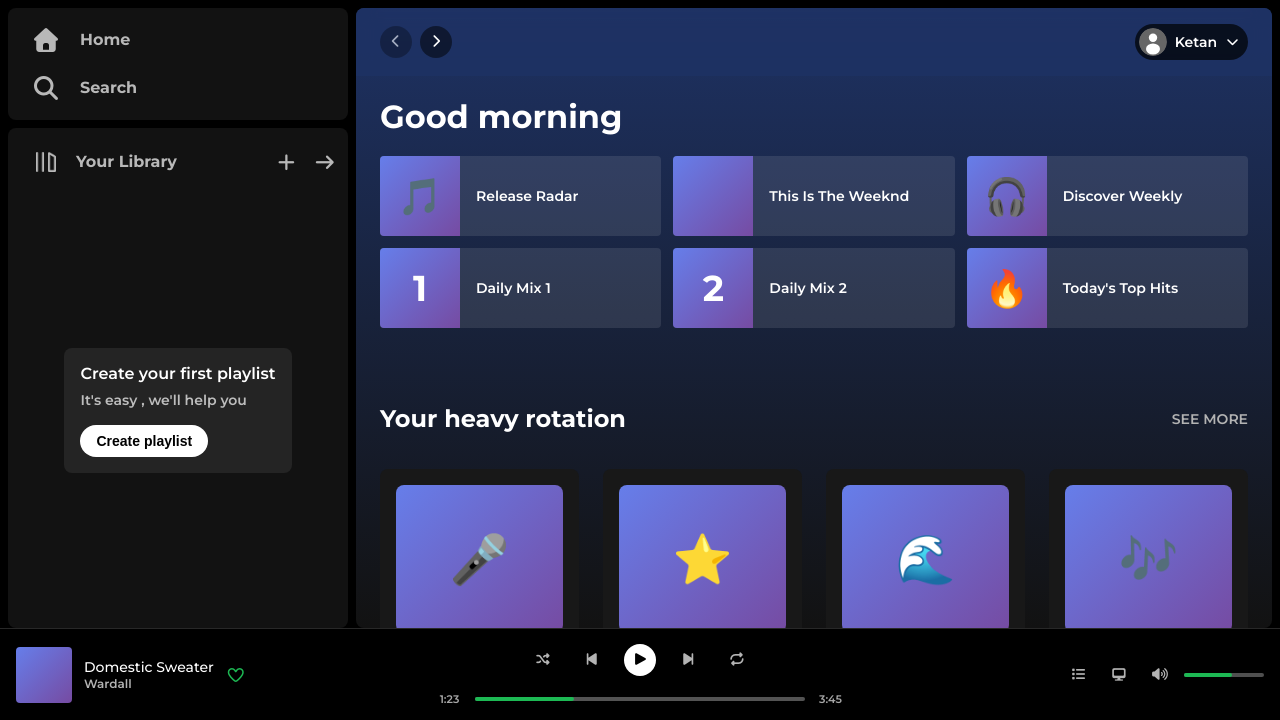
Repository: ketanBisht/spotifyFrontEnd
Page: final.html
These files come from the project's save history. The page is drawn as it stood at one moment and after a run of saves; the edit follows.
The browser window is 1280 px wide. The pictures show the whole page.
An inner scrolling area shows only its first screen. Some web libraries are served in a nearby version.

Above is the page before, as saved 2025-08-31 16:05:43.

### final.html
<!DOCTYPE html>
<html lang="en">
<head>
    <meta charset="UTF-8">
    <meta name="viewport" content="width=device-width, initial-scale=1.0">
    <link rel="stylesheet" href="https://cdnjs.cloudflare.com/ajax/libs/font-awesome/7.0.0/css/all.min.css" integrity="sha512-DxV+EoADOkOygM4IR9yXP8Sb2qwgidEmeqAEmDKIOfPRQZOWbXCzLC6vjbZyy0vPisbH2SyW27+ddLVCN+OMzQ==" crossorigin="anonymous" referrerpolicy="no-referrer" />
    <title>Spotify Clone - Fixed</title>
    <link rel="preconnect" href="https://fonts.googleapis.com">
    <link rel="preconnect" href="https://fonts.gstatic.com" crossorigin>
    <link href="https://fonts.googleapis.com/css2?family=Montserrat:ital,wght@0,100..900;1,100..900&display=swap" rel="stylesheet">
    <link rel="stylesheet" href="final.css">
</head>
<body>
    <div class="main">
        <div class="sideBar">
            <div class="nav">
                <div class="navOption">
                    <i class="fa-solid fa-house"></i>
                    <a href="">Home</a>
                </div>
                <div class="navOption">
                    <i class="fa-solid fa-magnifying-glass"></i>
                    <a href="">Search</a>
                </div>
            </div>
            <div class="library">
                <div class="options">
                    <div class="libOption navOption">
                        <img src="./assets/library_icon.png" alt="library">
                        <a href="">Your Library</a>
                    </div>
                    <div class="icons">
                        <i class="fa-solid fa-plus"></i>
                        <i class="fa-solid fa-arrow-right"></i>
                    </div>
                </div>
                <div class="libBox">
                    <div class="box">
                        <div class="box1">Create your first playlist</div>
                        <div class="box2">It's easy , we'll help you</div>
                        <button class="badge">Create playlist</button>
                    </div>
                </div>
            </div>
        </div>
        <div class="mainContent">
            <div class="content-header">
                <div class="nav-arrows">
                    <button class="nav-arrow">
                        <i class="fa-solid fa-chevron-left"></i>
                    </button>
                    <button class="nav-arrow">
                        <i class="fa-solid fa-chevron-right"></i>
                    </button>
                </div>
                <div class="user-menu">
                    <div class="user-profile">
                        <div class="profile-image"></div>
                        <span class="profile-name">Ketan</span>
                        <i class="fa-solid fa-chevron-down"></i>
                    </div>
                </div>
            </div>

            <div class="greeting-section">
                <h1 class="greeting-title">Good morning</h1>

                <div class="quick-picks">
                    <div class="quick-pick-item">
                        <div class="quick-pick-image release-radar"></div>
                        <div class="quick-pick-title">Release Radar</div>
                    </div>
                    <div class="quick-pick-item">
                        <div class="quick-pick-image weeknd"></div>
                        <div class="quick-pick-title">This Is The Weeknd</div>
                    </div>
                    <div class="quick-pick-item">
                        <div class="quick-pick-image discover-weekly"></div>
                        <div class="quick-pick-title">Discover Weekly</div>
                    </div>
                    <div class="quick-pick-item">
                        <div class="quick-pick-image daily-mix-1"></div>
                        <div class="quick-pick-title">Daily Mix 1</div>
                    </div>
                    <div class="quick-pick-item">
                        <div class="quick-pick-image daily-mix-2"></div>
                        <div class="quick-pick-title">Daily Mix 2</div>
                    </div>
                    <div class="quick-pick-item">
                        <div class="quick-pick-image top-hits"></div>
                        <div class="quick-pick-title">Today's Top Hits</div>
                    </div>
                </div>
            </div>

            <div class="section">
                <div class="section-header">
                    <h2 class="section-title">Your heavy rotation</h2>
                    <a href="" class="show-all">SEE MORE</a>
                </div>
                <div class="cards-grid">
                    <div class="card">
                        <div class="card-image paint-town-red">

                        </div>
                        <button class="play-button">
                            <i class="fa-solid fa-play"></i>
                        </button>
                        <div class="card-title">Paint The Town Red</div>
                        <div class="card-description">Doja Cat</div>
                    </div>
                    <div class="card">
                        <div class="card-image never-ending"></div>
                        <button class="play-button">
                            <i class="fa-solid fa-play"></i>
                        </button>
                        <div class="card-title">Never Ending Song</div>
                        <div class="card-description">Conan Gray</div>
                    </div>
                    <div class="card">
                        <div class="card-image snooze"></div>
                        <button class="play-button">
                            <i class="fa-solid fa-play"></i>
                        </button>
                        <div class="card-title">Snooze</div>
                        <div class="card-description">SZA</div>
                    </div>
                    <div class="card">
                        <div class="card-image here-now"></div>
                        <button class="play-button">
                            <i class="fa-solid fa-play"></i>
                        </button>
                        <div class="card-title">Here And Now</div>
                        <div class="card-description">Gilberto Gil</div>
                    </div>
                    <div class="card">
                        <div class="card-image back-black"></div>
                        <button class="play-button">
                            <i class="fa-solid fa-play"></i>
                        </button>
                        <div class="card-title">Back To Black</div>
                        <div class="card-description">Amy Winehouse</div>
                    </div>
                </div>
            </div>
        </div>
    </div>

    <div class="player">
        <div class="player-left">
            <div class="now-playing">
                <div class="now-playing-image"></div>
                <div class="now-playing-info">
                    <h4>Domestic Sweater</h4>
                    <p>Wardall</p>
                </div>
            </div>
            <i class="fa-regular fa-heart heart-icon"></i>
        </div>

        <div class="player-center">
            <div class="controls">
                <button class="control-btn">
                    <i class="fa-solid fa-shuffle"></i>
                </button>
                <button class="control-btn">
                    <i class="fa-solid fa-backward-step"></i>
                </button>
                <button class="control-btn play-btn">
                    <i class="fa-solid fa-play"></i>
                </button>
                <button class="control-btn">
                    <i class="fa-solid fa-forward-step"></i>
                </button>
                <button class="control-btn">
                    <i class="fa-solid fa-repeat"></i>
                </button>
            </div>
            <div class="progress-bar">
                <span class="time">1:23</span>
                <div class="long-progress">
                    <div class="long-progress-filled"></div>
                </div>
                <span class="time">3:45</span>
            </div>
        </div>

        <div class="player-right">
            <div class="volume-controls">
                <button class="control-btn">
                    <i class="fa-solid fa-list"></i>
                </button>
                <button class="control-btn">
                    <i class="fa-solid fa-desktop"></i>
                </button>
                <button class="control-btn">
                    <i class="fa-solid fa-volume-high"></i>
                </button>
                <div class="progress">
                    <div class="progress-filled"></div>
                </div>
            </div>
        </div>
    </div>
</body>
</html>

Loaded but not shown: final.css (737 lines, source omitted)

After the next 4 saves:
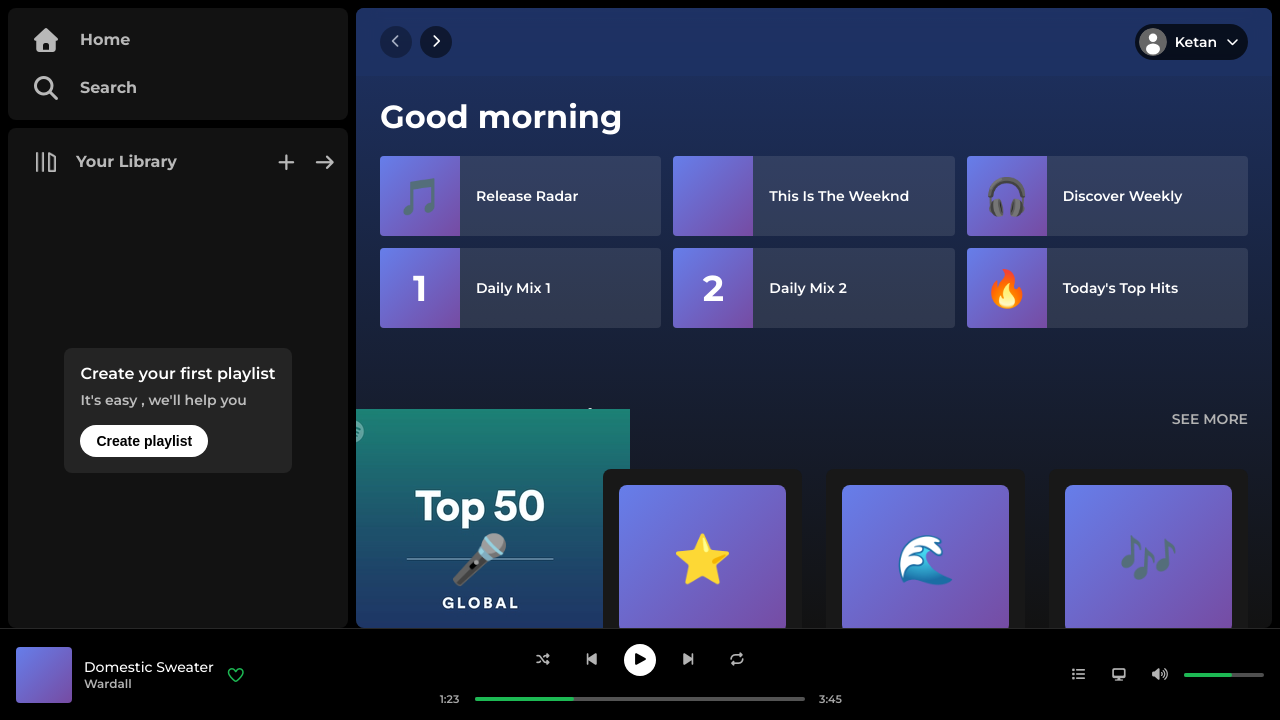
The 4 saves are shown as one change because they came seconds apart.
The last was saved 19 s later.
--- a/final.html
+++ b/final.html
@@ -101,7 +101,7 @@
                 <div class="cards-grid">
                     <div class="card">
                         <div class="card-image paint-town-red">
-
+                            <img src="./assets/card1img.jpeg">
                         </div>
                         <button class="play-button">
                             <i class="fa-solid fa-play"></i>

After the save that followed:
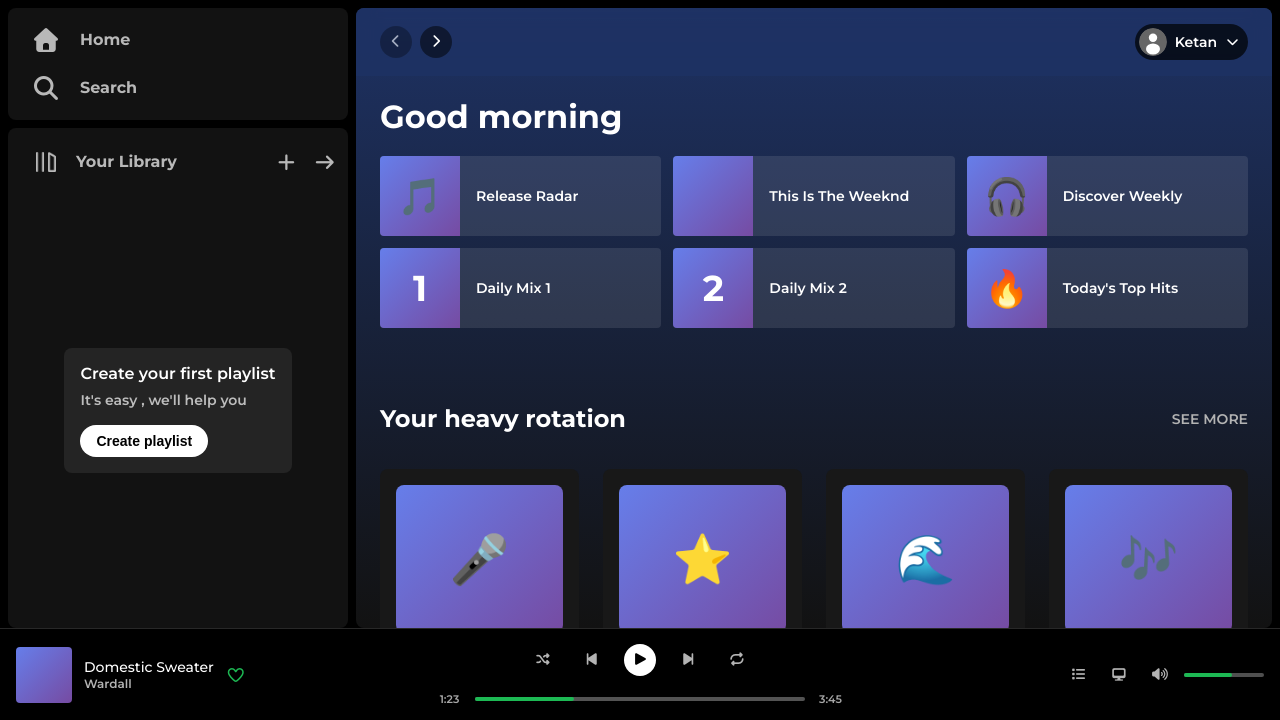
Saved 25 s later.
--- a/final.html
+++ b/final.html
@@ -101,7 +101,7 @@
                 <div class="cards-grid">
                     <div class="card">
                         <div class="card-image paint-town-red">
-                            <img src="./assets/card1img.jpeg">
+
                         </div>
                         <button class="play-button">
                             <i class="fa-solid fa-play"></i>
